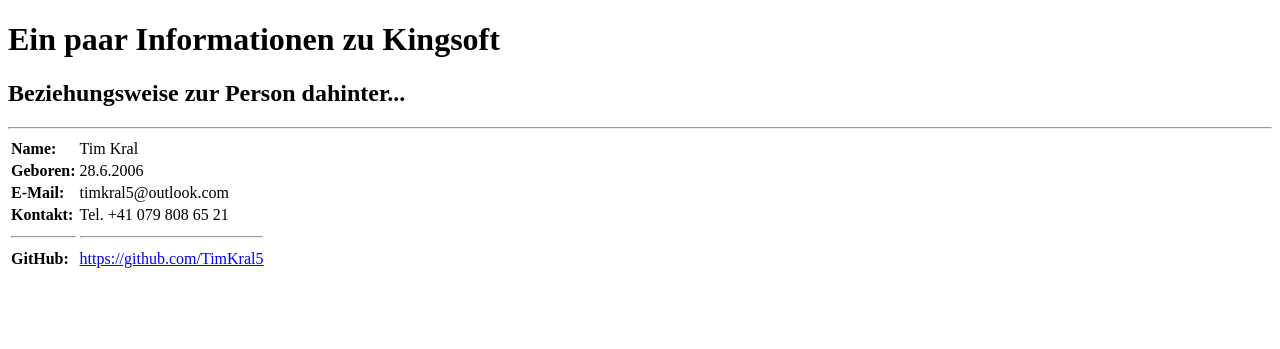
Repository: TimKral5/WikiPage
Page: Homepage/pages/about/about.htm
The author's editor kept a copy of each file at every save. The page is drawn from the files as they stood at one save, then again after the next save.
The browser window is 1280 px wide. The pictures show the whole page.

Above is the page before, as saved 2022-11-10 23:09:01.

### Homepage/pages/about/about.htm
<!DOCTYPE html>
<html lang="en">

<head>
    <meta charset="UTF-8">
    <meta http-equiv="X-UA-Compatible" content="IE=edge">
    <meta name="viewport" content="width=device-width, initial-scale=1.0">
    <title>Test</title>

    <link rel="stylesheet" href="style.css">
</head>

<body>
    <h1>Ein paar Informationen zu Kingsoft</h1>
    <h2>Beziehungsweise zur Person dahinter...</h2>
    <hr>
    <table>
        <tr>
            <td><b>Name:</b></td>
            <td>Tim Kral</td>
        </tr>
        <tr>
            <td><b>Geboren:</b></td>
            <td>28.6.2006</td>
        </tr>
        <tr>
            <td><b>E-Mail:</b></td>
            <td>timkral5@outlook.com</td>
        </tr>
        <tr>
            <td><b>Kontakt:</b></td>
            <td>Tel. +41 079 808 65 21</td>
        </tr>
        <tr>
            <td><hr></td>
            <td><hr></td>
        </tr>
        <tr>
            <td><b>GitHub:</b></td>
            <td><a href="https://github.com/TimKral5">https://github.com/TimKral5</a></td>
        </tr>
    </table>
</body>

</html>

### Homepage/pages/about/style.css
table {
    font-size: 16px;
}

After the next save:
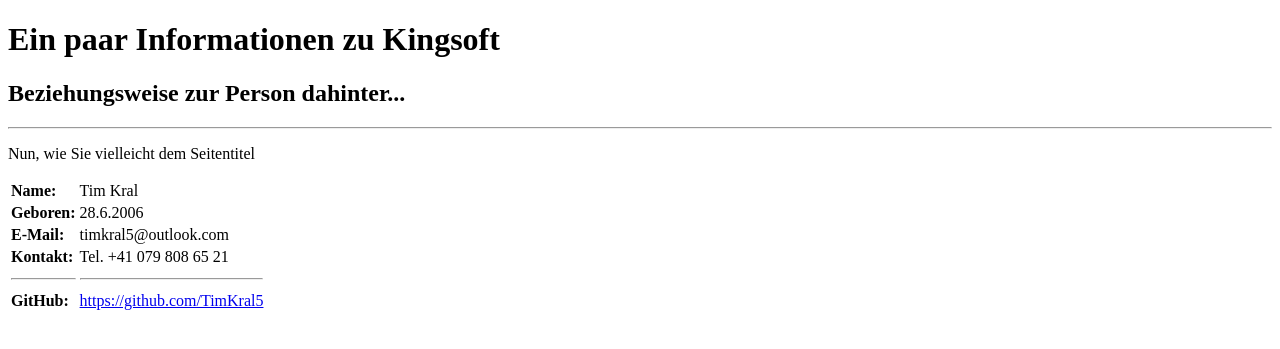
Saved 3 min 19 s later.
--- a/Homepage/pages/about/about.htm
+++ b/Homepage/pages/about/about.htm
@@ -14,6 +14,9 @@
     <h1>Ein paar Informationen zu Kingsoft</h1>
     <h2>Beziehungsweise zur Person dahinter...</h2>
     <hr>
+    <p>
+        Nun, wie Sie vielleicht dem Seitentitel
+    </p>
     <table>
         <tr>
             <td><b>Name:</b></td>
